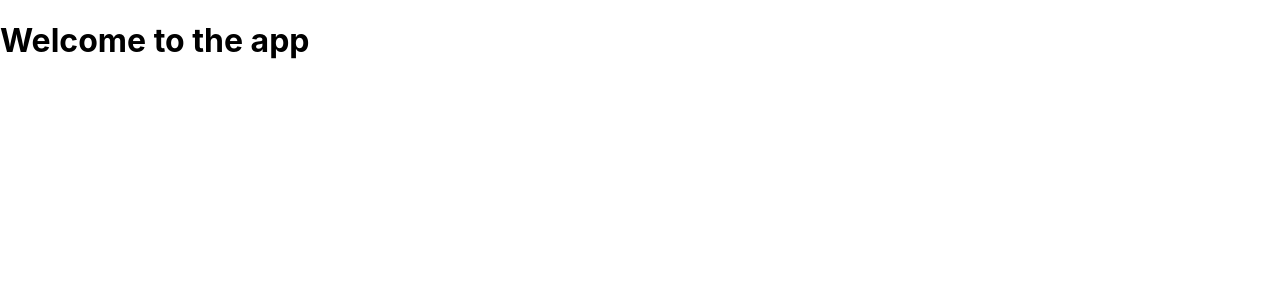
Repository: exiled-kal/2OnProcess
Page: /
The author's editor kept a copy of each file at every save. The page is drawn from the files as they stood at one save, then again after a run of saves.
The browser window is 1280 px wide. The pictures show the whole page.
The project was rebuilt for these pictures with package versions that can differ from the ones it lists, and the page was loaded fresh each time. Also part of the build but not shown: src/App.css.

Above is the page before, as saved 2020-08-16 16:42:50.

### src/index.css
*

body {
  margin: 0;
  font-family: -apple-system, BlinkMacSystemFont, 'Segoe UI', 'Roboto', 'Oxygen',
    'Ubuntu', 'Cantarell', 'Fira Sans', 'Droid Sans', 'Helvetica Neue',
    sans-serif;
  -webkit-font-smoothing: antialiased;
  -moz-osx-font-smoothing: grayscale;
}

code {
  font-family: source-code-pro, Menlo, Monaco, Consolas, 'Courier New',
    monospace;
}

### src/App.js
import React from 'react';
import './App.css';

function App() {
  return (
    <div className="app">
      <h1>Welcome to the app</h1>
    </div>
  );
}

export default App;

Loaded but not shown: public/index.html (common file); src/index.js (common file); src/serviceWorker.js (common file)

After the next 2 saves:
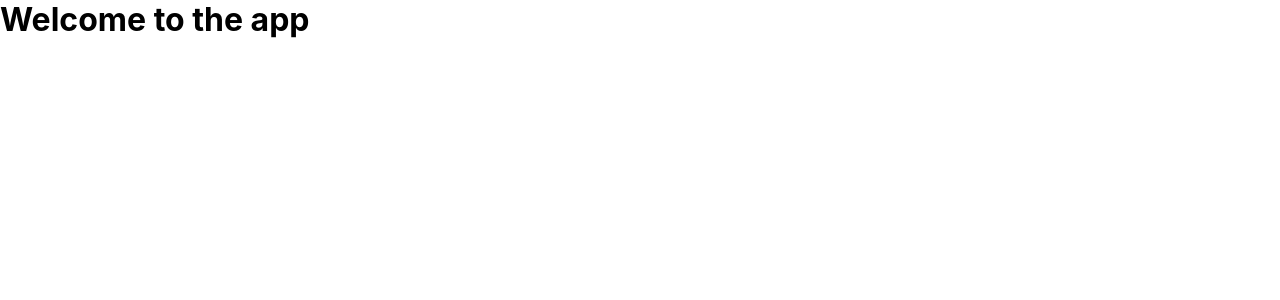
The 2 saves are shown as one change because they came seconds apart.
The last was saved 7 s later.
--- a/src/index.css
+++ b/src/index.css
@@ -1,4 +1,6 @@
-*
+* {
+  margin: 0ex;
+}
 
 body {
   margin: 0;
